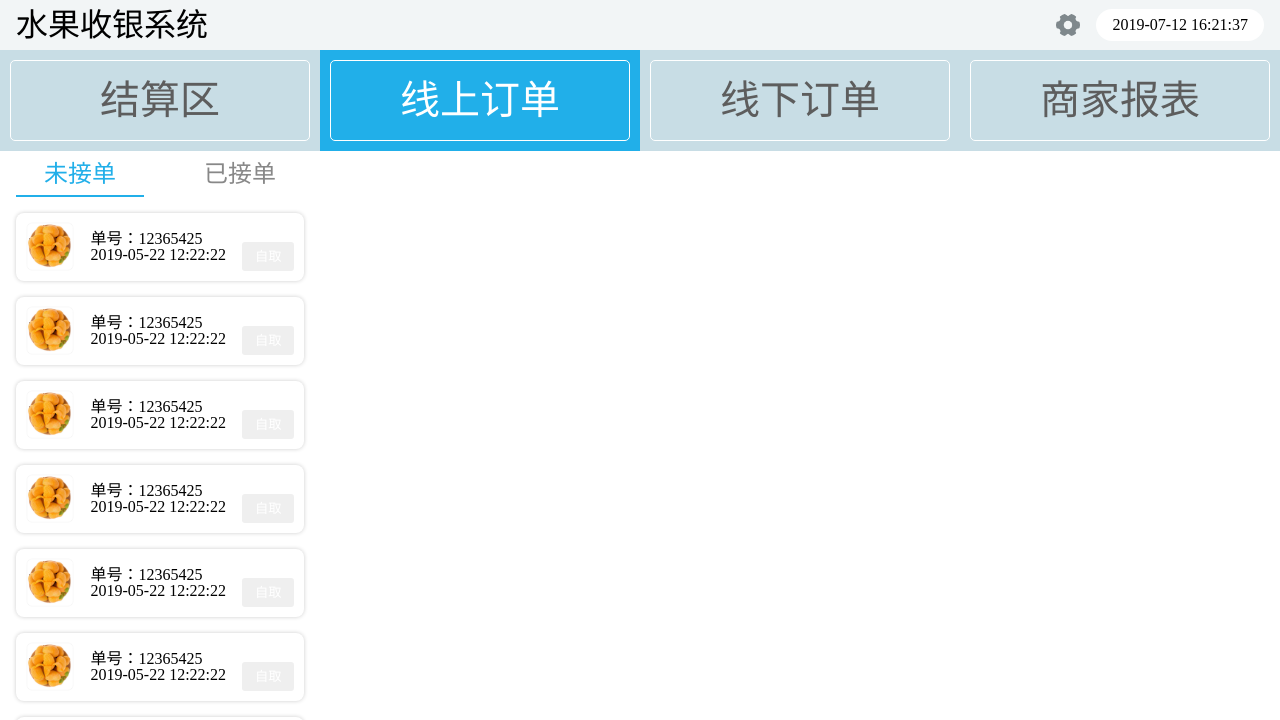
Repository: missing-star/fruit
Page: index.html
The author's editor kept a copy of each file at every save. The page is drawn from the files as they stood at one save, then again after the next save.
The browser window is 1280 px wide. The pictures show the whole page.

Above is the page before, as saved 2019-07-12 16:31:28.

### index.html
<!DOCTYPE html>
<html lang="en">

<head>
    <meta charset="UTF-8">
    <meta name="viewport" content="width=device-width, initial-scale=1.0">
    <meta http-equiv="X-UA-Compatible" content="ie=edge">
    <title>水果收银系统</title>
    <link rel="stylesheet" href="./css/index.css">
</head>

<body>
    <div id="app">
        <header class="title-bar">
            <p class="title">水果收银系统</p>
            <div class="right-part-show">
                <img src="./images/setting.png" alt="设置" class="setting-icon">
                <p class="show-current-time">{{currentTime}}</p>
            </div>
        </header>
        <ul class="category-tab">
            <li class="category-item" :class="{active:currentIndex == 0}" @click="switchTab(0)">
                <p class="category-title">结算区</p>
            </li>
            <li class="category-item" :class="{active:currentIndex == 1}" @click="switchTab(1)">
                <p class="category-title">线上订单</p>
            </li>
            <li class="category-item" :class="{active:currentIndex == 2}" @click="switchTab(2)">
                <p class="category-title">线下订单</p>
            </li>
            <li class="category-item" :class="{active:currentIndex == 3}" @click="switchTab(3)">
                <p class="category-title">商家报表</p>
            </li>
        </ul>
        <!-- 结算区 -->
        <div v-show="currentIndex == 0" class="main-content">
            <div class="operation-wrapper">
                <ul class="goods-list-wrapper">
                    <li v-for="n in 10" class="goods-item">
                        <div class="goods-pic-wrapper">
                            <span class="delete-icon pointer"></span>
                            <img src="./images/goods.png" class="goods-pic">
                        </div>
                        <div class="goods-detail">
                            <p class="goods-title">苹果</p>
                            <p class="goods-spec">规格：12元/250g</p>
                            <p class="goods-money">
                                <span class="goods-weight">重量357g</span>
                                <span class="goods-price">
                                    <i class="money-icon black">￥</i>
                                    <i class="money-number black">18</i>
                                </span>
                            </p>
                        </div>
                    </li>
                </ul>
                <div class="calculator-scope">
                    <div class="show-total-money">
                        <p class="total-title">共4件商品</p>
                        <p class="total-money">
                            <span class="money-title">合计</span>
                            <span class="show-money">
                                <i class="money-icon blue">￥</i>
                                <i class="money-number blue">54.00</i>
                            </span>
                        </p>
                    </div>
                    <div class="operation-group">
                        <div class="left-part">
                            <button class="order-list pointer">挂单列表</button>
                            <button class="go-order pointer">挂单</button>
                        </div>
                        <button class="right-part pointer">
                            结算
                        </button>
                    </div>
                </div>
            </div>
            <div class="goods-choice-wrapper">
                <ul class="goods-category-wrapper">
                    <li @click="switchSubTab(n-1)" :class="{active:subCurrentIndex == n-1}" v-for="n in 20"
                        class="goods-category-item pointer">
                        分类
                    </li>
                </ul>
                <ul class="goods-choice-list">
                    <li v-for="n in 20" class="goods-choice-item">
                        <img src="./images/goods.png" class="goods-show-pic">
                        <p class="goods-desc">
                            <span class="goods-name">小泰芒</span>
                            <span class="price-weight">23元 / 250g</span>
                        </p>
                    </li>
                </ul>
            </div>
        </div>
        <div v-show="currentIndex == 1" class="main-content">
            <div class="operation-wrapper">
                <ul class="tab-wrapper">
                    <li @click="switchOnlineTab(0)" :class="{active:onlineCurrentIndex == 0}" class="tab-item pointer">
                        未接单</li>
                    <li @click="switchOnlineTab(1)" :class="{active:onlineCurrentIndex == 1}" class="tab-item pointer">
                        已接单</li>
                </ul>
                <div class="order-list-wrapper">
                    <ul v-show="onlineCurrentIndex == 0" class="accept-wrapper">
                        <li v-for="n in 20" class="order-item">
                            <img src="./images/goods.png" class="order-goods-pic">
                            <div class="order-detail">
                                <p class="order-number">单号：12365425</p>
                                <p class="order-date">2019-05-22 12:22:22</p>
                            </div>
                            <button class="post-way self">自取</button>
                        </li>
                    </ul>
                    <ul v-show="onlineCurrentIndex == 1" class="accept-wrapper">

                    </ul>
                </div>
            </div>
            <div class="goods-choice-wrapper">

            </div>
        </div>
        <div v-show="currentIndex == 2" class="main-content">

        </div>
        <div v-show="currentIndex == 3" class="main-content">

        </div>
    </div>
    <script src="https://cdn.bootcss.com/vue/2.6.10/vue.js"></script>
    <script src="./js/index.js"></script>
</body>

</html>

### css/index.css
html,body,div#app{
    height: 100%;
    background: #FFFFFF;
    min-width: 1200px;
}
body{
    font-size: calc(100vw / 19.2);
}
*{
    padding: 0;
    margin: 0;
    list-style: none;
    box-sizing: border-box;
    line-height: 100%;
    color: #000000;
    font-style: normal;
}
header.title-bar {
    background: #F2F5F6;
    padding: 1rem;
    height: 7%;
    display: flex;
    align-items: center;
    justify-content: space-between;
}
p.title {
    font-size: 2rem;
}
.right-part-show {
    display: flex;
    align-items: center;
    justify-content: space-around;
}
img.setting-icon {
    width: 1.5rem;
    margin-right: 1rem;
    cursor: pointer;
}
p.show-current-time {
    font-size: 1rem;
    background: #FFFFFF;
    padding: 0.5rem 1rem;
    border-radius: 10rem;
}
ul.category-tab {
    width: 100%;
    height: 14%;
    display: flex;
    align-items: center;
    justify-content: space-around;
    background: #C8DDE5;
}
li.category-item{
    width: 100%;
    height: 100%;
    display: flex;
    align-items: center;
    justify-content: center;
    padding: 10px;
    cursor: pointer;
}
li.category-item p.category-title {
    color: #5D5D5D;
    border: 1px solid #FFFFFF;
    border-radius: 5px;
    width: 100%;
    height: 100%;
    display: flex;
    align-items: center;
    justify-content: center;
    white-space: nowrap;
    font-size: 2.5rem;
}
li.category-item.active{
    background: #21AFE9;
}
li.category-item.active p.category-title{
    color: #FFFFFF;
}
.pointer{
    cursor: pointer;
}
.main-content {
    height: 79%;
    display: flex;
}
.operation-wrapper {
    width: 25%;
    height: 100%;
}
li.goods-item {
    height: 13vh;
    box-shadow: 0px 0px 4px 0px rgba(0,0,0,0.2);
    border-radius: 10px;
    margin: 1rem 0;
    display:flex;
}
.goods-pic-wrapper {
    position: relative;
    height: 100%;
    width: 30%;
    padding: 1rem;
}
img.goods-pic {
    width: 100%;
    height: auto;
}
ul.goods-list-wrapper {
    height: 75%;
    overflow: auto;
    padding: 0.5rem;
}
.calculator-scope {
    height: 25%;
}
span.delete-icon {
    width: 1.5rem;
    height: 1.5rem;
    background: url(../images/delete.png) no-repeat;
    background-size: 100% 100%;
    display: block;
    position: absolute;
    left: 0.5rem;
    top: 0.5rem;
}
.goods-detail {
    width: 70%;
    height: 100%;
}
p.goods-title {
    color: #000000;
    font-size: 2rem;
}
p.goods-spec {
    color: #6B6B6B;
    font-size: 1.2rem;
}
p.goods-money {
    display: flex;
    align-items: center;
    justify-content: space-between;
}
span.goods-weight {
    color: #FE7204;
    font-size: 1.5rem;
}
span.goods-price {
    font-size: 1.5rem;
}
.goods-detail {
    width: 70%;
    height: 100%;
    display: flex;
    flex-direction: column;
    justify-content: space-between;
    padding: 1rem;
}
i.money-number {
    font-size: 1.8rem;
}
i.money-icon {
    font-size: 1rem;
}
i.money-number.blue,i.money-icon.blue{
    color: #21AFE9;
}

.calculator-scope {
    border-top: 2px solid rgba(242,245,246,1);
    padding: 1rem;
}
div.show-total-money {
    background: rgba(242,245,246,1);
    display: flex;
    align-items: center;
    justify-content: space-between;
    font-size: 1.2rem;
    height: 30%;
    padding: 1rem;
    border-radius: 0.5rem;
    box-shadow:0px 1px 4px 0px rgba(0,0,0,0.2);
}
.operation-group {
    display: flex;
    align-items: center;
    justify-content: space-between;
    height: 70%;
    padding-top: 1rem;
}
p.total-title {
    color: #5D5D5D;
}
span.money-title {
    color: #333333;
}
button.order-list.pointer {
    background: #FFC639;
    outline: 0;
    border: none;
    color: #FFFFFF;
    width: 100%;
    height: 40%;
}
.left-part {
    width: 55%;
    height: 100%;
    display: flex;
    flex-direction: column;
    align-items: flex-start;
    justify-content: space-between;
}
button.order-list.pointer,button.go-order.pointer {
    border-radius: 0.5rem;
    background: #FFC639;
    outline: 0;
    border: none;
    color: #FFFFFF;
    width: 85%;
    height: 44%;
    font-size: 1.5rem;
}
button.go-order.pointer {
    background: #FF7A05;
}
.right-part {
    background: #21AFE9;
    border-radius: 0.5rem;
    color: #FFFFFF;
    font-size: 2rem;
    width: 45%;
    height: 100%;
    display: flex;
    align-items: center;
    justify-content: center;
    outline: 0;
    border:none;
}
ul.goods-category-wrapper {
    height: 100%;
    overflow: auto;
}
.goods-choice-wrapper {
    width: 75%;
    display: flex;
}
ul.goods-category-wrapper {
    width: 15%;
    height: 100%;
    overflow: auto;
}
li.goods-category-item {
    font-size: 1.5rem;
    display: flex;
    align-items: center;
    justify-content: center;
    height: 4rem;
    background: #EAEFF1;
    color: #5D5D5D;
    border-bottom: 2px solid #FFFFFF;
}
li.goods-category-item.active{
    background: #21AFE9;
    color: #FFFFFF;
}
ul.goods-choice-list {
    height: 100%;
    overflow: auto;
    width: 85%;
    background: #F2F5F6;
    display: flex;
    flex-wrap: wrap;
}
img.goods-show-pic {
    width: 100%;
}
li.goods-choice-item {
    width: 25%;
    margin: 2% calc(25% / 6);
    background: #FFFFFF;
    border-radius: 1rem;
    padding: 1rem;
}
p.goods-desc {
    display: flex;
    flex-direction: column;
    padding: 0 1rem;
}
span.goods-name {
    color: #333333;
    font-size: 2rem;
    margin-bottom: 1rem;
}
span.price-weight {
    color: #888888;
    font-size: 1.3rem;
}
ul::-webkit-scrollbar {
    height: 0;
    width: 4px;
}
ul::-webkit-scrollbar {
    width: 5px; /*对垂直流动条有效*/
    height: 0px; /*对水平流动条有效*/
}

/*定义滚动条的轨道颜色、内阴影及圆角*/
ul::-webkit-scrollbar-track{
    background-color: #FFFFFF;
    border-radius: 3px;
}


/*定义滑块颜色、内阴影及圆角*/
ul::-webkit-scrollbar-thumb{
    border-radius: 7px;
    background-color: #aaa;
}
ul.tab-wrapper{
    width: 100%;
    height: 8%;
    font-size: 1.5rem;
    display: flex;
    align-items: center;
    justify-content: space-around;
}
li.tab-item{
    color: #888888;
    position: relative;
    width: 50%;
    text-align:center;
    height: 100%;
    display: flex;
    align-items: center;
    justify-content: center;
}
li.tab-item.active{
    color: #21AFE9;
}
li.tab-item.active:after{
    content: '';
    width: 80%;
    height: 2px;
    background: #21AFE9;
    position: absolute;
    bottom: 0;
    left: 10%;
}
.order-list-wrapper {
    height: 92%;
}
ul.accept-wrapper {
    width: 100%;
    height: 100%;
    overflow: auto;
}
li.order-item {
    display: flex;
    align-items: center;
    justify-content: space-between;
    height: 13%;
    font-size: 1rem;
    box-shadow: 0px 0px 4px 0px rgba(0,0,0,0.2);
    border-radius: 0.5rem;
    margin: 1rem;
    padding: 0.6rem;
}
img.order-goods-pic{
    height: 100%;
}
button.post-way {
    align-self: flex-end;
    border: none;
    outline: 0;
    color: #FFFFFF;
    padding: 0.5rem 0.8rem;
    border-radius: 0.2rem;
}

### js/index.js
new Vue({
    el: '#app',
    data: {
        currentTime: '0000-00-00 00:00:00',
        currentIndex:1,
        subCurrentIndex:0,
        onlineCurrentIndex:0
    },
    methods: {
        getCurrentTime: function () {
            var date = new Date();
            var year = date.getFullYear();
            var month = (date.getMonth() + 1) < 10 ? '0' + (date.getMonth() + 1) : (date.getMonth() + 1);
            var day = date.getDate() < 10 ? '0' + date.getDate() : date.getDate();
            var hour = date.getHours() < 10 ? '0' + date.getHours() : date.getHours();
            var minute = date.getMinutes() < 10 ? '0' + date.getMinutes() : date.getMinutes();
            var second = date.getSeconds() < 10 ? '0' + date.getSeconds() : date.getSeconds();
            this.currentTime = year + '-' + month + '-' + day + ' ' + hour + ':' + minute + ':' + second;
        },
        switchTab:function(index) {
            if(this.currentIndex != index) {
                this.currentIndex = index;
            }
        },
        switchSubTab:function(index) {
            if(this.subCurrentIndex != index) {
                this.subCurrentIndex = index;
            }
        },
        switchOnlineTab:function(index) {
            if(this.onlineCurrentIndex != index) {
                this.onlineCurrentIndex = index;
            }
        }
    },
    created: function () {
        var vm = this;
        vm.getCurrentTime();
        setInterval(function(){
            vm.getCurrentTime();
        }, 1000);
    }
});

After the next save:
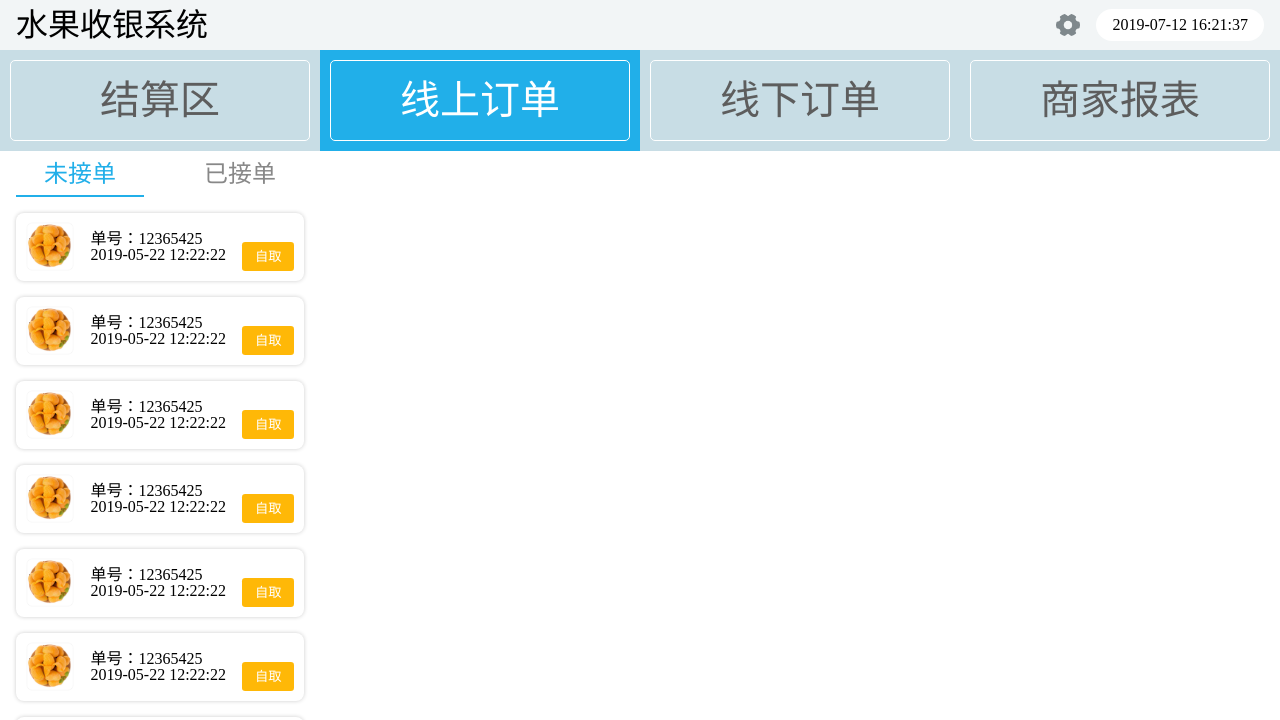
Saved 22 s later.
--- a/css/index.css
+++ b/css/index.css
@@ -375,3 +375,6 @@ button.post-way {
     padding: 0.5rem 0.8rem;
     border-radius: 0.2rem;
 }
+button.post-way.self{
+    background: #FFB807;
+}
